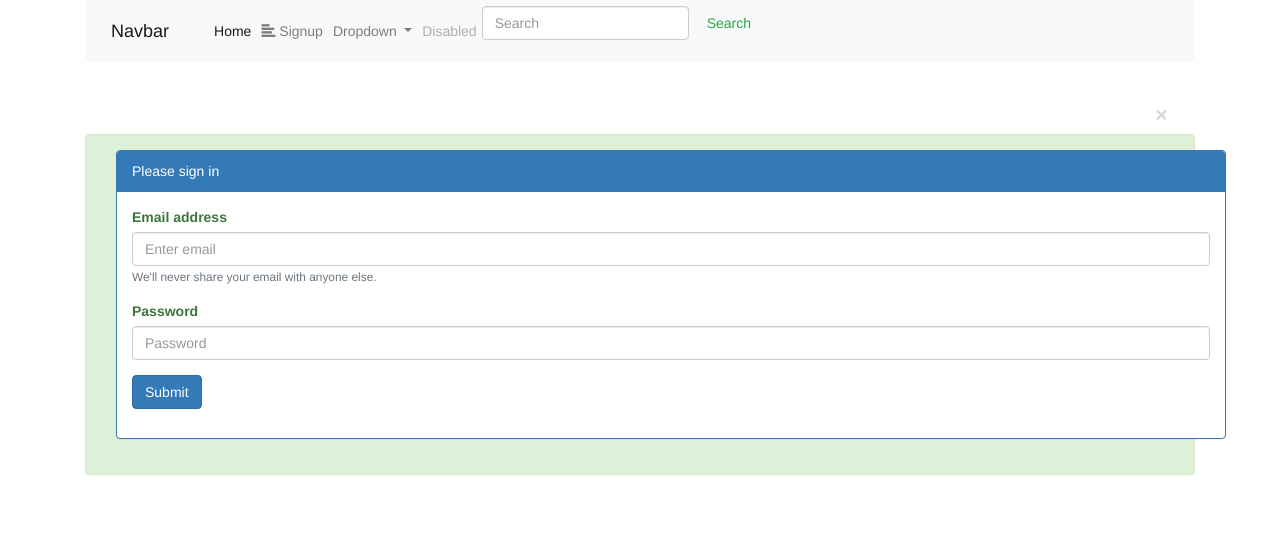
Repository: andrehsg/Spring-test
Page: http://localhost/np-spring5-tutorial/WEB-INF/views/jsp/login.jsp
The author's editor kept a copy of each file at every save. The page is drawn from the files as they stood at one save, then again after the next save.
The browser window is 1280 px wide. The pictures show the whole page.
Some web libraries are served in a nearby version. The page is served by Tomcat 9. Nobody is signed in. Other server files are loaded and not shown. The template is opened directly, without the code that normally fills it, so the values that code supplies are empty.

Above is the page before, as saved 2019-02-10 12:26:20.

### np-spring5-tutorial/src/main/webapp/WEB-INF/views/jsp/login.jsp
<html>

<%@include file="includes/header.jsp" %>
<%@ taglib prefix="spring" uri="http://www.springframework.org/tags" %>
<%@ taglib prefix="form" uri="http://www.springframework.org/tags/form" %>

<c:if test="${param.logout != null}">
	<div class="alert alert-success"
		You have been signed out!
	</div>
</c:if>

<div class="container">
    <div class="panel panel-primary">
        <div class="panel-heading"> Please sign in </div>
        <div class="panel-body">

		   <form:form>
			  <div class="form-group">
			    <label for="email">Email address</label>
			    <input name="username" id="email" type="email" class="form-control" placeholder="Enter email" />
			    <small id="emailHelp" class="form-text text-muted">We'll never share your email with anyone else.</small>

			  </div>

			  <div class="form-group">
			    <label for="password">Password</label>
			    <input name="password" id="password" type="password" class="form-control" placeholder="Password" />

			  </div>
			  <button type="submit" class="btn btn-primary">Submit</button>

		  </form:form>
        </div>

    </div>
</div>





  <%@include file="includes/footer.jsp" %>

### np-spring5-tutorial/src/main/webapp/WEB-INF/views/jsp/includes/header.jsp
<head><title>First JSP</title>

<%@ taglib prefix="form" uri="http://www.springframework.org/tags/form" %>

 <!-- Required meta tags -->
    <meta charset="utf-8">
    <meta name="viewport" content="width=device-width, initial-scale=1, shrink-to-fit=no">

    <!-- Bootstrap CSS -->
    <link rel="stylesheet" href="https://stackpath.bootstrapcdn.com/bootstrap/4.1.3/css/bootstrap.min.css" integrity="sha384-MCw98/SFnGE8fJT3GXwEOngsV7Zt27NXFoaoApmYm81iuXoPkFOJwJ8ERdknLPMO" crossorigin="anonymous">
    <link href="https://maxcdn.bootstrapcdn.com/bootstrap/3.3.7/css/bootstrap.min.css" rel="stylesheet"/>

	<script src="https://ajax.googleapis.com/ajax/libs/jquery/2.1.1/jquery.min.js"></script>
	<script src="https://maxcdn.bootstrapcdn.com/bootstrap/3.3.7/js/bootstrap.min.js"></script>

</head>
<body>
<div class="container">
<nav class="navbar navbar-expand-lg navbar-light bg-light">
  <a class="navbar-brand" href="#">Navbar</a>
  <button class="navbar-toggler" type="button" data-toggle="collapse" data-target="#navbarSupportedContent" aria-controls="navbarSupportedContent" aria-expanded="false" aria-label="Toggle navigation">
    <span class="navbar-toggler-icon"></span>
  </button>

  <div class="collapse navbar-collapse" id="navbarSupportedContent">
    <ul class="navbar-nav mr-auto">
      <li class="nav-item active">
        <a class="nav-link" href="#">Home <span class="sr-only">(current)</span></a>
      </li>
      <li class="nav-item">
        <a class="nav-link" href="/signup">
        <span class="glyphicon glyphicon-align-left" aria-hidden="true"></span>
        Signup
        </a>
      </li>
      <li class="nav-item dropdown">
        <a class="nav-link dropdown-toggle" href="#" id="navbarDropdown" role="button" data-toggle="dropdown" aria-haspopup="true" aria-expanded="false">
          Dropdown
        </a>
        <div class="dropdown-menu" aria-labelledby="navbarDropdown">
          <form:form id="logoutform" action="/logout" method="post"> </form:form>
          <a class="dropdown-item" href="#" onclick="document.getElementById('logoutform').submit()">
          <span class="glyphicon glyphicon-log-out"> </span>
          Log out
          </a>
          <a class="dropdown-item" href="#">Another action</a>
          <div class="dropdown-divider"></div>
          <a class="dropdown-item" href="#">Something else here</a>
        </div>
      </li>
      <li class="nav-item">
        <a class="nav-link disabled" href="#">Disabled</a>
      </li>
    </ul>
    <form class="form-inline my-2 my-lg-0">
      <input class="form-control mr-sm-2" type="search" placeholder="Search" aria-label="Search">
      <button class="btn btn-outline-success my-2 my-sm-0" type="submit">Search</button>
    </form>
  </div>
</nav>

<div class="alert alert-${flashType} alert-dismissible" role="alert">
  <button type="button" class="close" data-dismiss="alert" aria-label="Close">
    <span aria-hidden="true">&times;</span>
  </button>
  ${flash}
</div>

</c:if>

### np-spring5-tutorial/src/main/webapp/WEB-INF/views/jsp/includes/footer.jsp
  </div>

  <!-- Optional JavaScript -->
    <!-- jQuery first, then Popper.js, then Bootstrap JS -->
    <script src="https://code.jquery.com/jquery-3.3.1.slim.min.js" integrity="sha384-q8i/X+965DzO0rT7abK41JStQIAqVgRVzpbzo5smXKp4YfRvH+8abtTE1Pi6jizo" crossorigin="anonymous"></script>
    <script src="https://cdnjs.cloudflare.com/ajax/libs/popper.js/1.14.3/umd/popper.min.js" integrity="sha384-ZMP7rVo3mIykV+2+9J3UJ46jBk0WLaUAdn689aCwoqbBJiSnjAK/l8WvCWPIPm49" crossorigin="anonymous"></script>
    <script src="https://stackpath.bootstrapcdn.com/bootstrap/4.1.3/js/bootstrap.min.js" integrity="sha384-ChfqqxuZUCnJSK3+MXmPNIyE6ZbWh2IMqE241rYiqJxyMiZ6OW/JmZQ5stwEULTy" crossorigin="anonymous"></script>
</body>
</html>

After the next save:
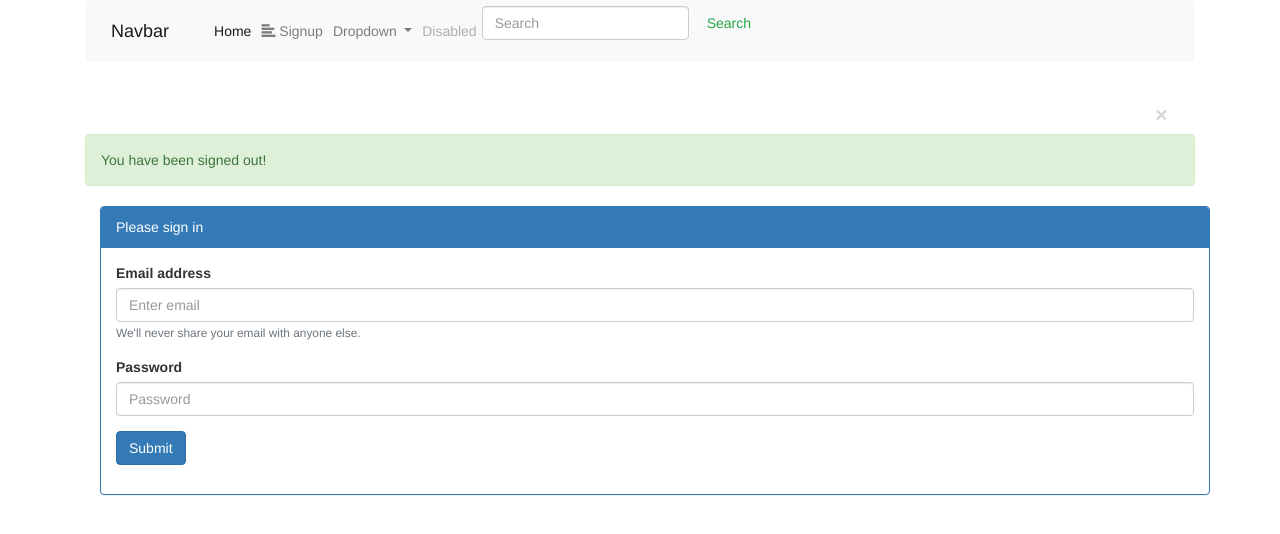
Saved 54 s later.
--- a/np-spring5-tutorial/src/main/webapp/WEB-INF/views/jsp/login.jsp
+++ b/np-spring5-tutorial/src/main/webapp/WEB-INF/views/jsp/login.jsp
@@ -5,7 +5,7 @@
 <%@ taglib prefix="form" uri="http://www.springframework.org/tags/form" %>
 
 <c:if test="${param.logout != null}">
-	<div class="alert alert-success"
+	<div class="alert alert-success">
 		You have been signed out!
 	</div>
 </c:if>
